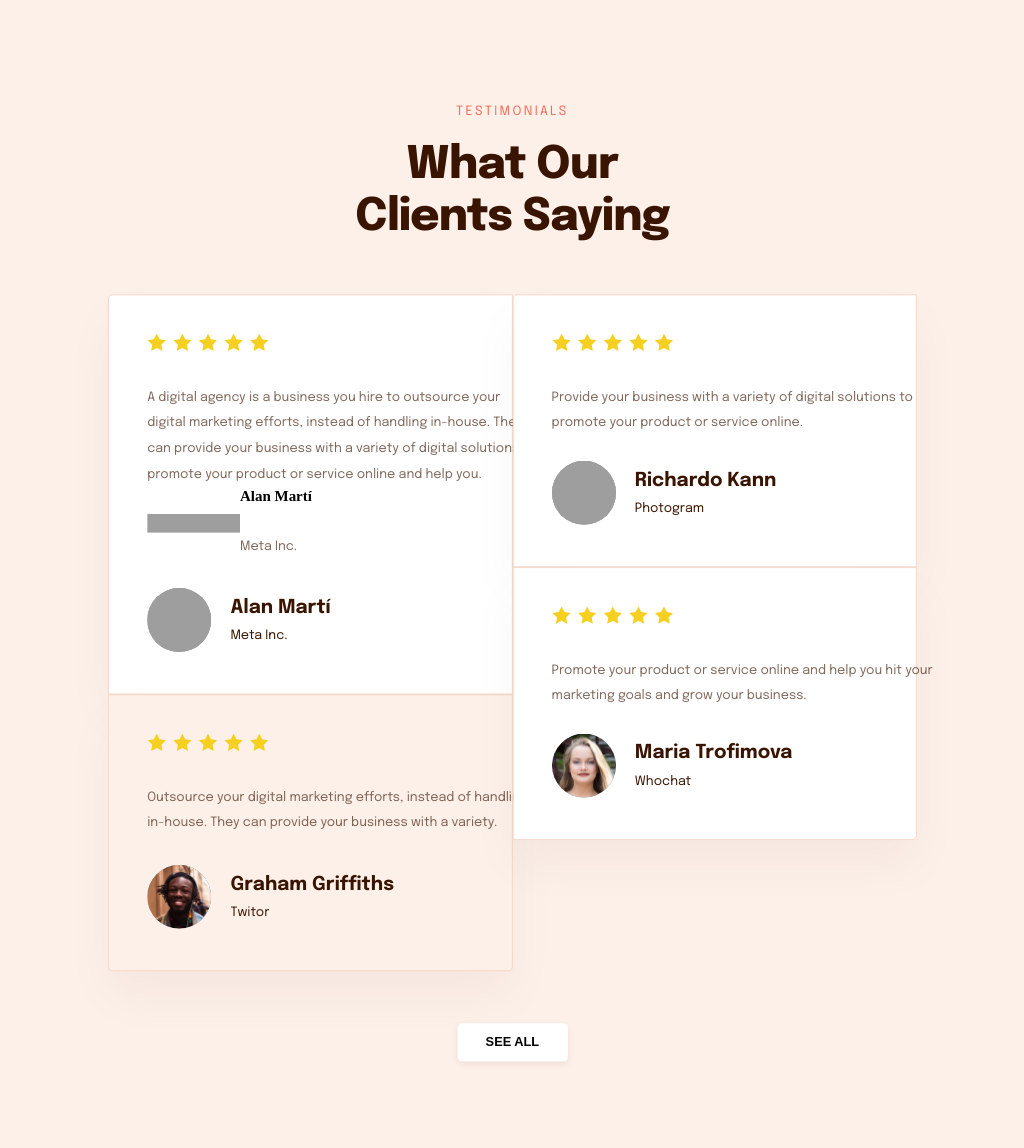
Repository: NatiqSamiyev/image-task
Page: aboutPage/index.html
These files come from the project's save history. The page is drawn as it stood at one moment and after the next save; the edit follows.
The browser window is 1280 px wide. The pictures show the whole page, at 80% of full size.
Pictures or frames that could not be fetched are drawn as grey boxes.

Above is the page before, as saved 2023-08-28 15:16:50.

After the next save:
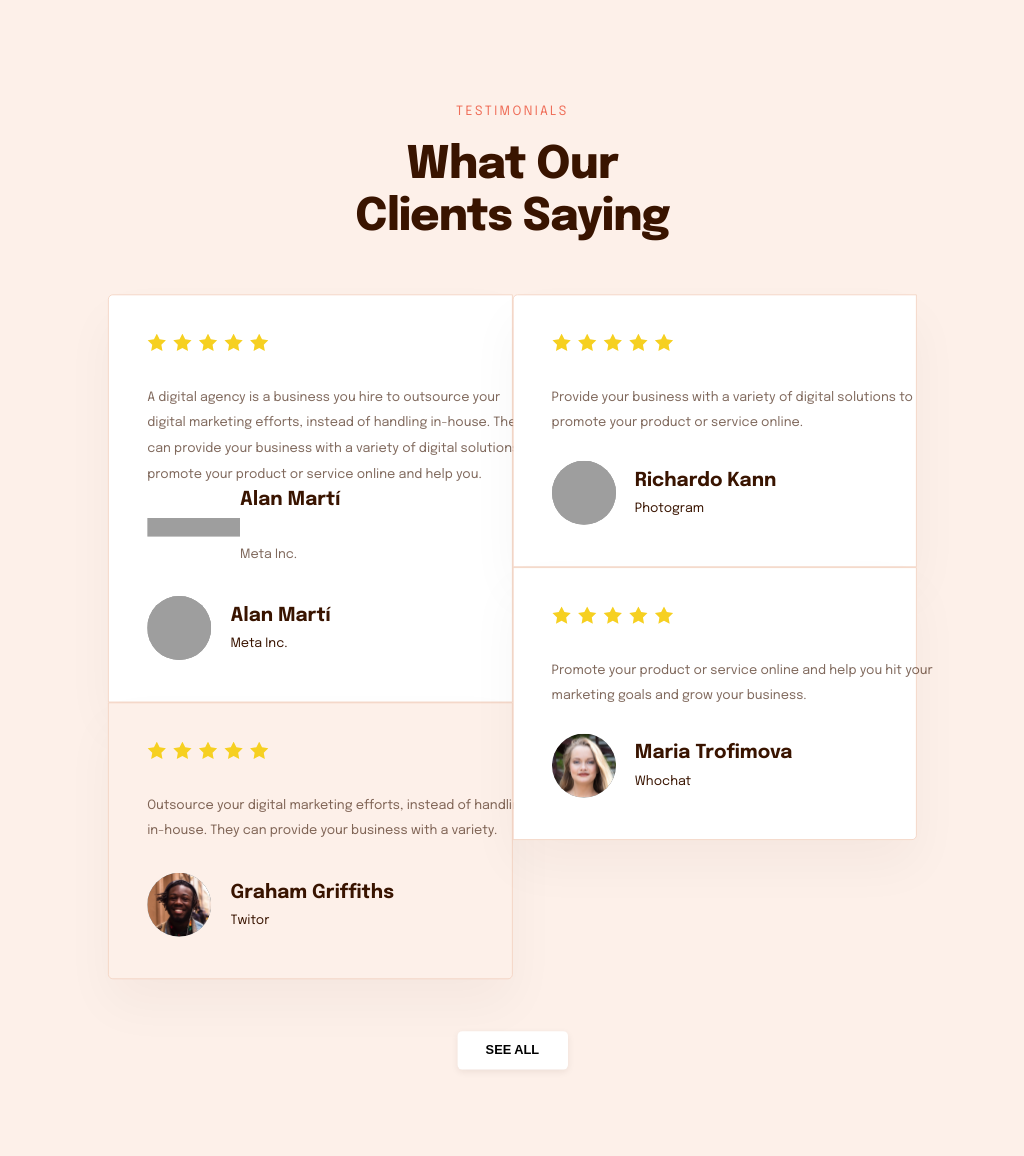
Saved 12 s later.
--- a/aboutPage/index.css
+++ b/aboutPage/index.css
@@ -266,7 +266,13 @@
   align-items: center;
 }
 .image-box .box .bottom-box .user-info h3{
-
+  color: var(--text-dark, #391400);
+  font-feature-settings: "clig" off, "liga" off;
+  font-family: Epilogue;
+  font-size: 24px;
+  font-style: normal;
+  font-weight: 700;
+  line-height: 32px;
 }
 .image-box .box .bottom-box .user-info p{
 
